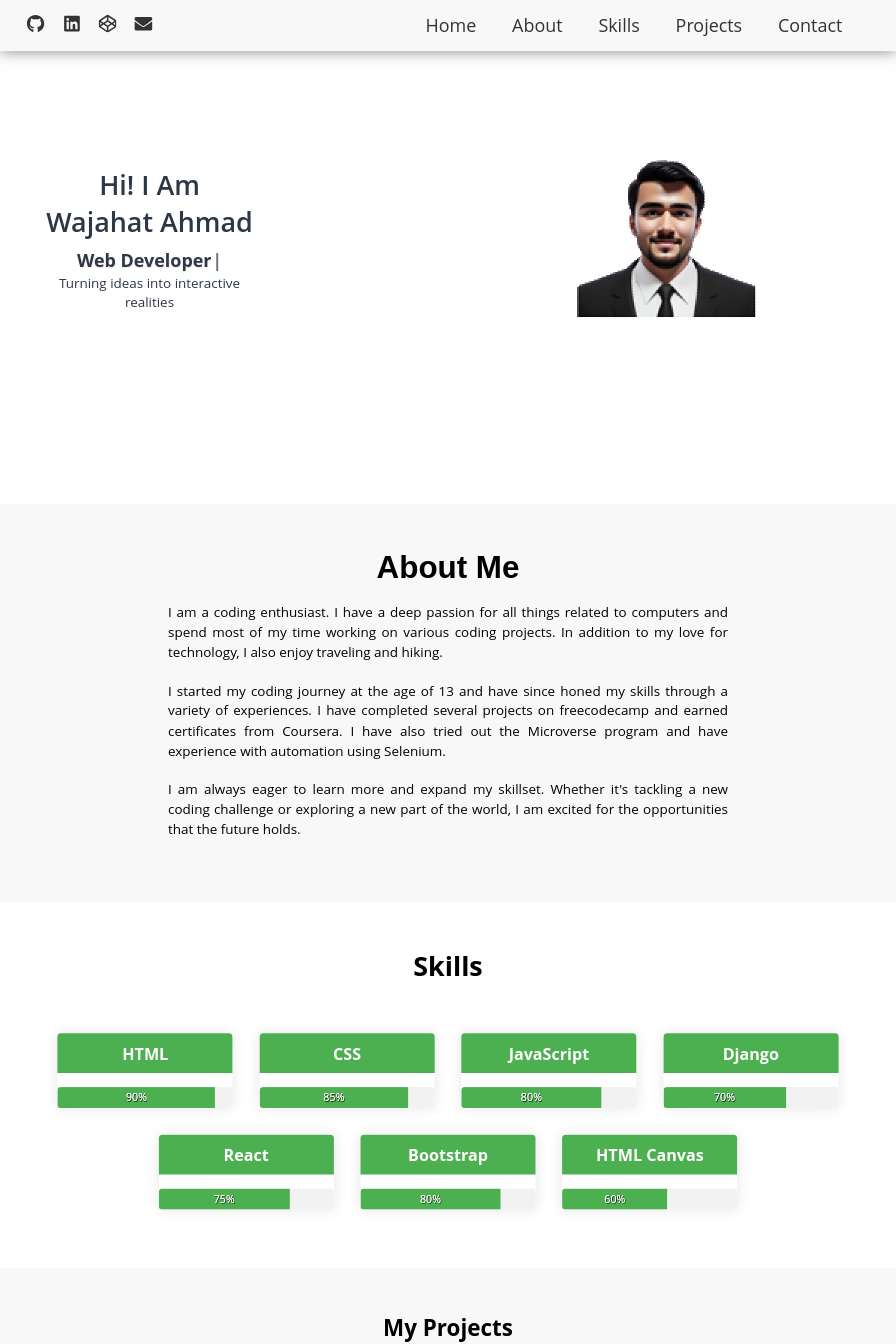
Repository: WajahatKanju/wajahatkanju.github.io
Page: /
An editor plug-in stored every save of this project. The page is shown before and after the next save, followed by the edit.
The browser window is 1280 px wide. The pictures show the part of the page from y = 0 to 1920 px (the page is 3132 px tall), at 70% of full size.
The project was rebuilt for these pictures with package versions that can differ from the ones it lists, and the page was loaded fresh each time. Also part of the build but not shown: vite.config.js.

Above is the page before, as saved 2023-05-06 11:15:52.

After the next save:
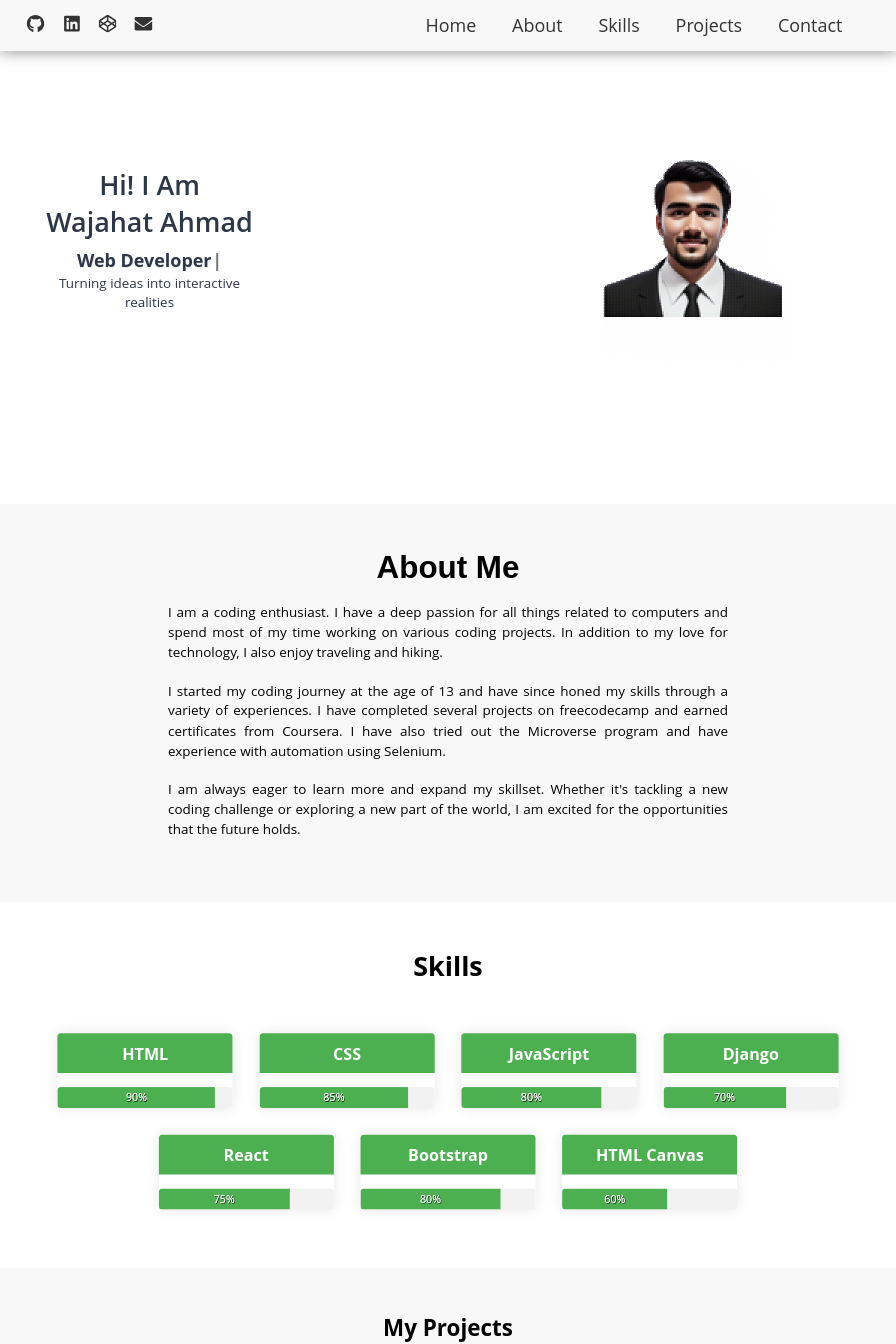
Saved 113 s later.
--- a/src/ImageParticleAnimation.jsx
+++ b/src/ImageParticleAnimation.jsx
@@ -4,7 +4,7 @@ import cartoonMe from "./assets/cartoon.png";
 
 class Particle {
   constructor(x, y, color, size=1) {
-    this.baseX = x + (window.innerWidth * 0.5) ;
+    this.baseX = x + (window.innerWidth * 5  / 9) ;
     this.baseY = y;
 
     this.x = this.baseX + Math.random() * 200 - 25 ;
@@ -69,18 +69,15 @@ export default function ImageParticleAnimation() {
     canvas.width = innerWidth;
     canvas.height = innerHeight;
 
-
-
     let mouse = {
       x: null,
       y: null,
       radius: 120,
     };
-    const canvasRect = canvas.getBoundingClientRect();
-    console.log(canvasRect)
+
     window.addEventListener("mousemove", (event) => {
-      mouse.x = event.clientX ;
-      mouse.y = event.clientY;
+      mouse.x = event.x + canvas.clientLeft / 2;
+      mouse.y = event.y + canvas.clientTop / 2;
     });
 
     function drawImage() {
